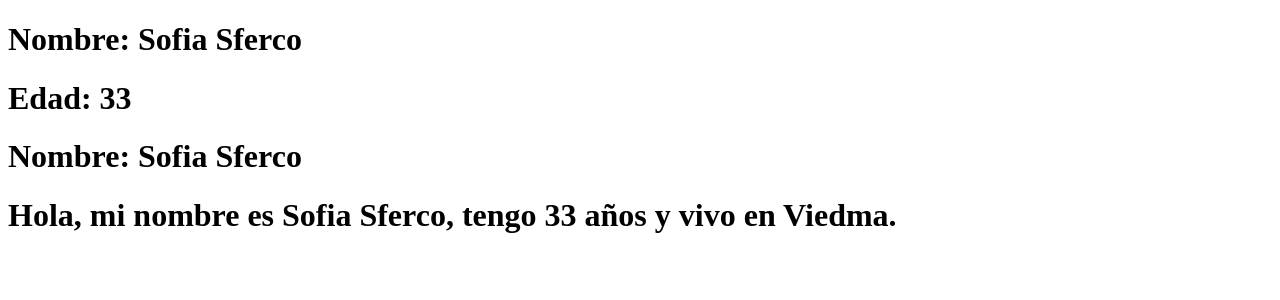
Repository: SofiaSferco/PWA-2026
Page: practico01/index.html
These files come from the project's save history. The page is drawn as it stood at one moment and after the next save; the edit follows.
The browser window is 1280 px wide. The pictures show the whole page.

Above is the page before, as saved 2026-09-10 00:10:59.

### practico01/index.html
<!DOCTYPE html>
<html lang="en">
<head>
    <meta charset="UTF-8">
    <title>Practico 01</title>
    <script src="https://cdn.jsdelivr.net/npm/vue/dist/vue.js"></script>
</head>
<body>
    <div id="app">
        <h1>Nombre: {{nombre}}</h1>
        <h1>Edad: {{edad}}</h1>
        <h1>Nombre: {{nombre}}</h1>
        <h1>Hola, mi nombre es {{nombre}}, tengo {{edad}} años y vivo en {{ciudad}}.</h1>
    </div>
    <script>
       var app= new Vue({
           el: '#app',
           data: {
               nombre: 'Sofia Sferco',
               edad: 33,
               ciudad: 'Viedma',
           }
       })
    </script>
</body>
</html>

After the next save:
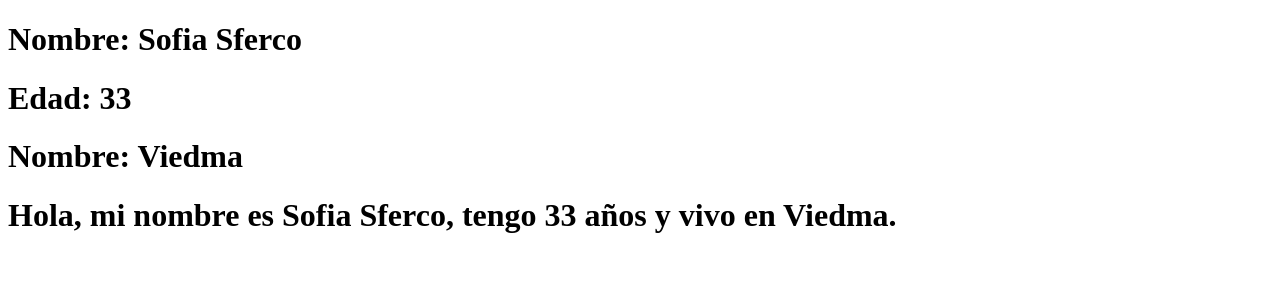
Saved 4 s later.
--- a/practico01/index.html
+++ b/practico01/index.html
@@ -9,7 +9,7 @@
     <div id="app">
         <h1>Nombre: {{nombre}}</h1>
         <h1>Edad: {{edad}}</h1>
-        <h1>Nombre: {{nombre}}</h1>
+        <h1>Nombre: {{ciudad}}</h1>
         <h1>Hola, mi nombre es {{nombre}}, tengo {{edad}} años y vivo en {{ciudad}}.</h1>
     </div>
     <script>
